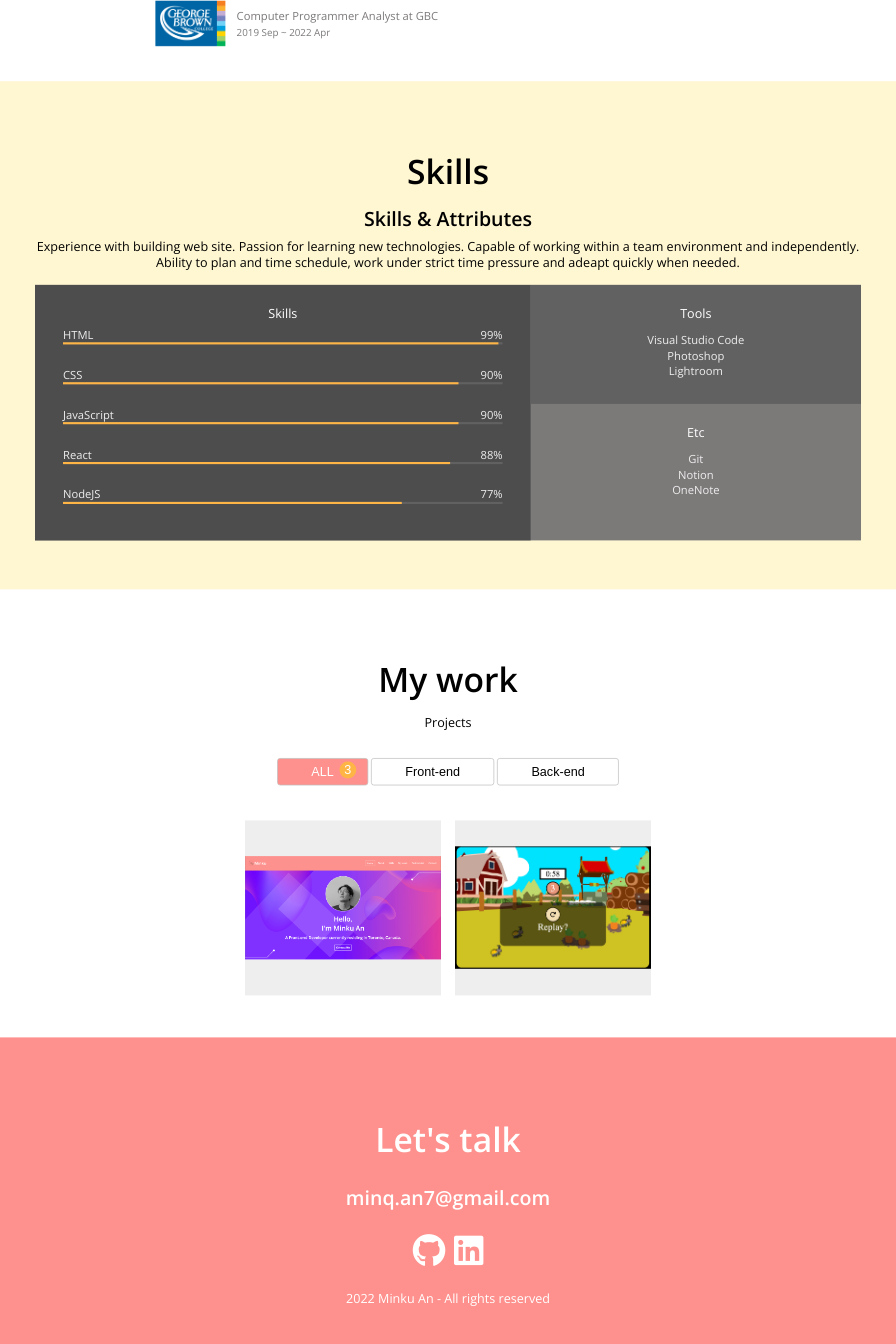
Repository: minQAn/minqan.github.io
Page: index.html
These files come from the project's save history. The page is drawn as it stood at one moment and after the next save; the edit follows.
The browser window is 1280 px wide. The pictures show the part of the page from y = 1420 to 3340 px (the page is 3340 px tall), at 70% of full size.
Some web libraries are served in a nearby version.

Above is the page before, as saved 2022-07-13 22:38:44.

After the next save:
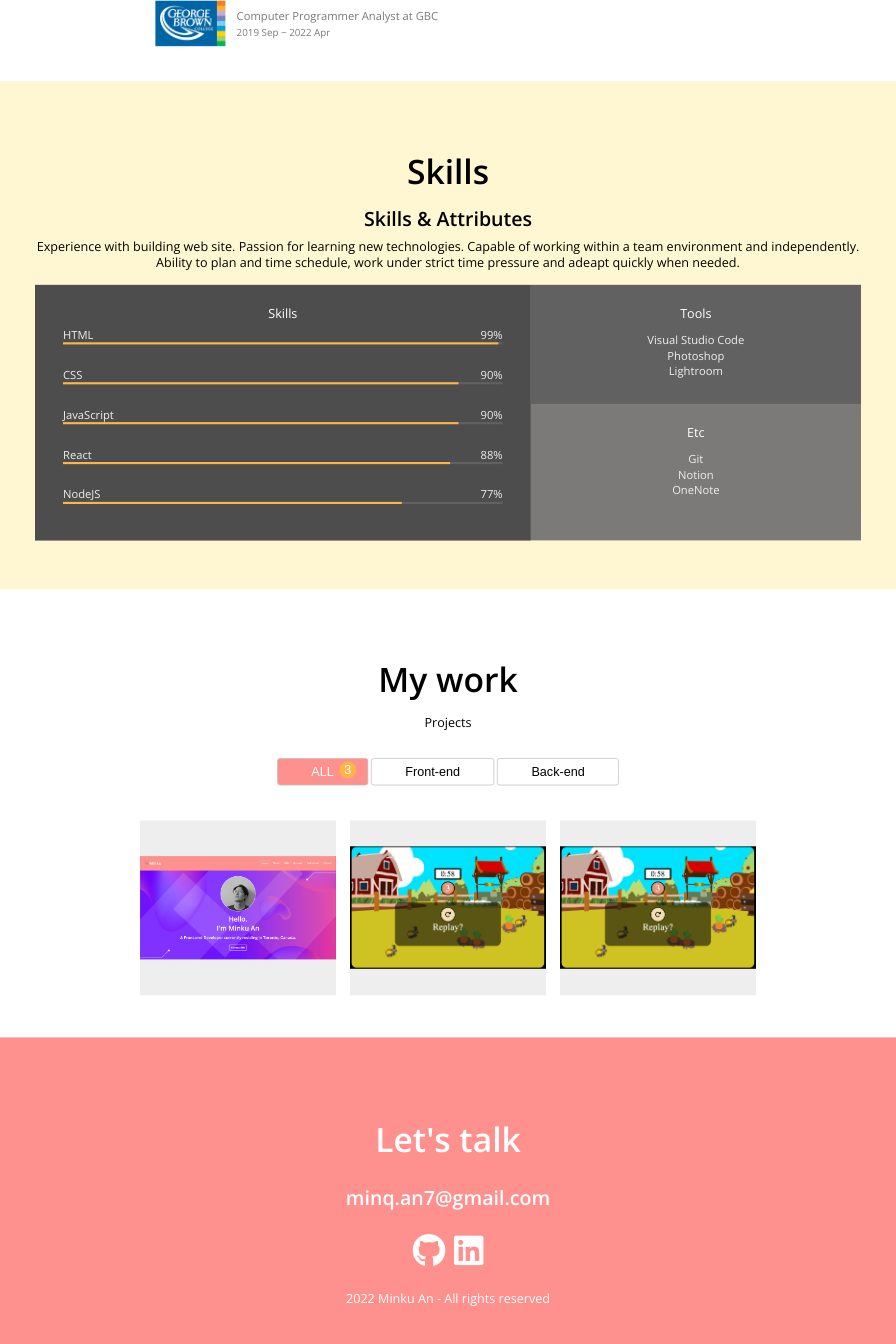
Saved 35 s later.
--- a/index.html
+++ b/index.html
@@ -242,6 +242,14 @@
                         <span>Carrot Game with HTML, CSS and Javascript</span>
                     </div>
                 </a>
+
+                <a href="https://github.com/minQAn/carrot-game" class="project" target="_blank" data-type="front-end">
+                    <img src="imgs/projects/carrot-game.png" alt="project screenshot" class="project__img">
+                    <div class="project__description">
+                        <h3>Carrot Game</h3>
+                        <span>Carrot Game with HTML, CSS and Javascript</span>
+                    </div>
+                </a>
             </div>
 
 
